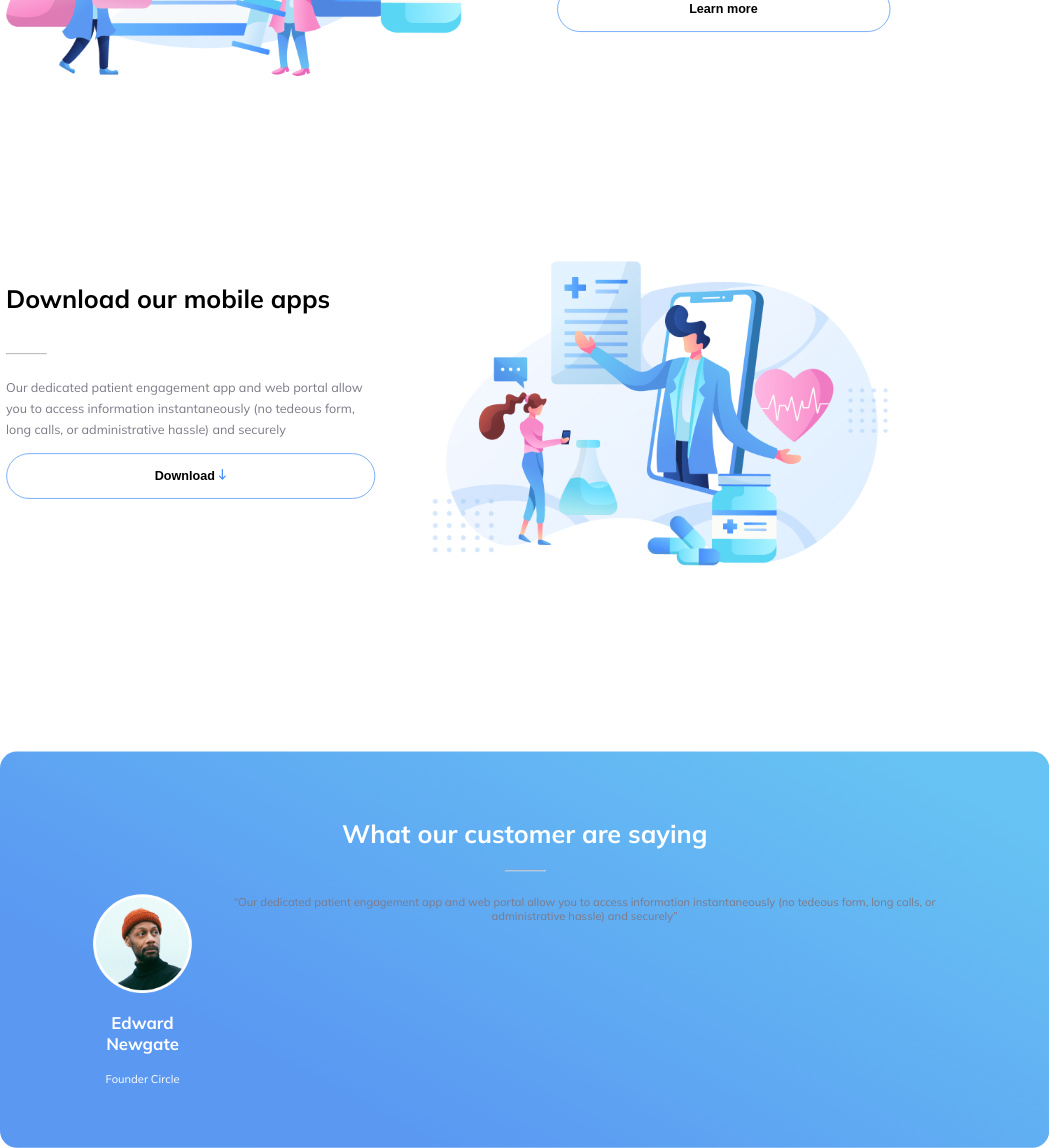
Repository: ivan-developer-01/trafalgar-layout
Page: index.html
An editor plug-in stored every save of this project. The page is shown before and after the next save, followed by the edit.
The browser window is 1280 px wide. The page is 1499 px wide, so the pictures cover 1499 px, including what lies to the right of the window. The pictures show the part of the page from y = 2571 to 4211 px (the page is 4211 px tall before and 4079 px after), at 70% of full size.

Above is the page before, as saved 2024-11-08 15:29:21.

After the next save:
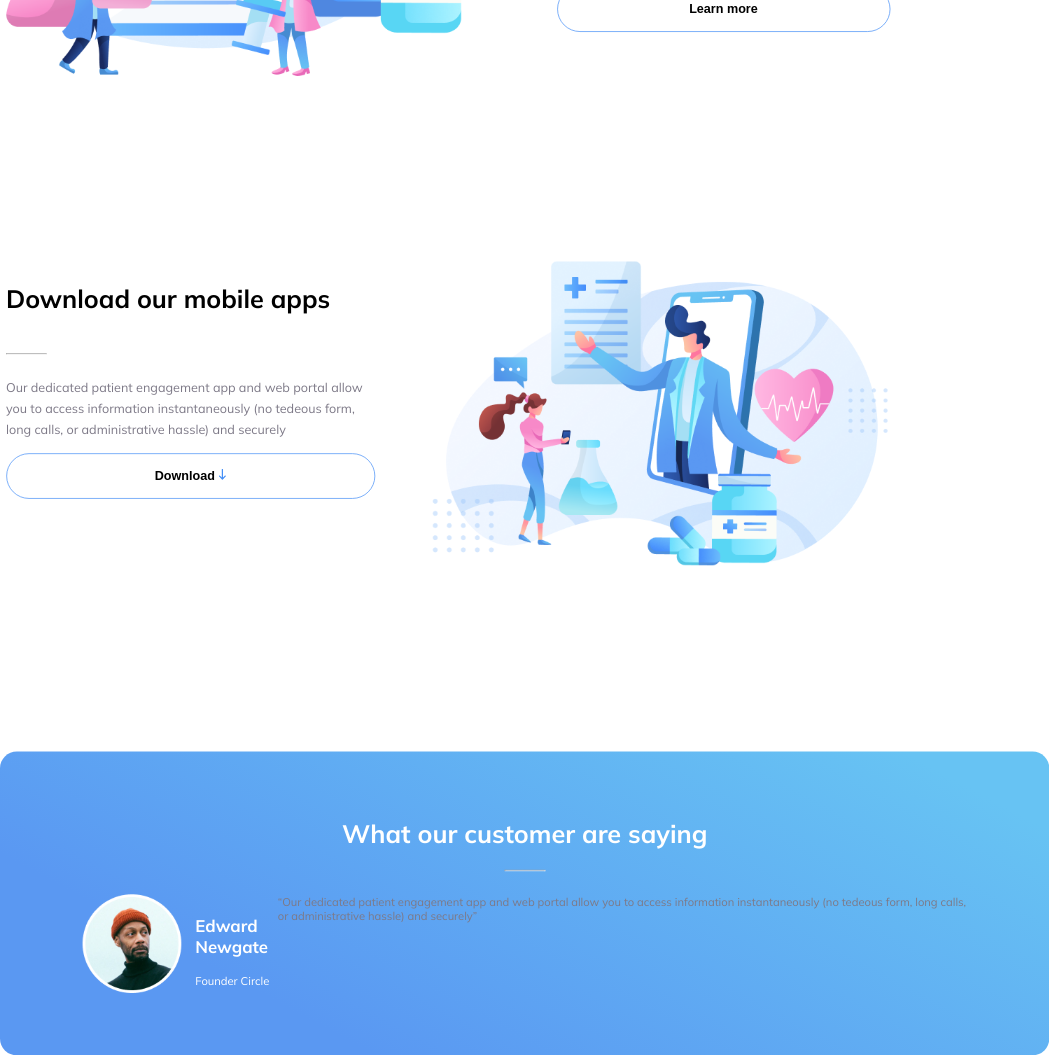
Saved 12 s later.
--- a/style.css
+++ b/style.css
@@ -254,7 +254,11 @@ p {
 	justify-content: center;
 }
 
-.review-slider .review .review-text
+.review-slider .review .review-text {
+	text-align: left;
+	color: white;
+}
+
 .review-slider .review .review-user {
 	display: flex;
 	align-items: center;
